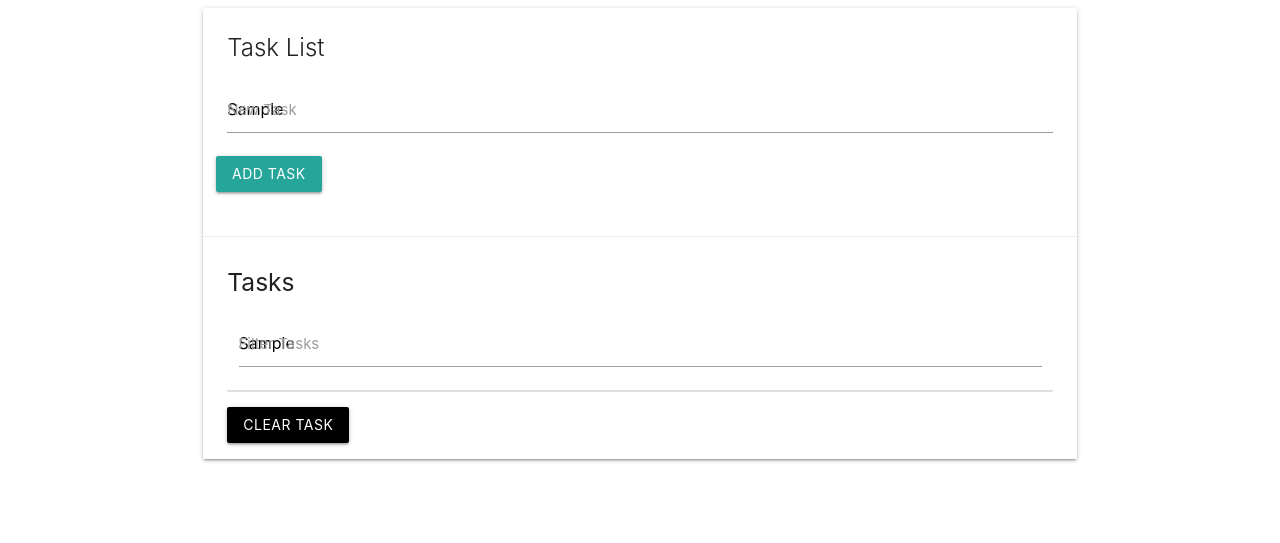
Repository: kartikkher/task-list
Page: index.html
The author's editor kept a copy of each file at every save. The page is drawn from the files as they stood at one save, then again after the next save.
The browser window is 1280 px wide. The pictures show the whole page.
Empty fields were first filled with sample values (such as "Sample", 5 or name@example.com).
After loading, the first visible `#task-form` was submitted once.

Above is the page before, as saved 2020-05-24 11:55:48.

### index.html
<!DOCTYPE html>
<html lang="en">
  <head>
    <meta charset="UTF-8" />
    <meta name="viewport" content="width=device-width, initial-scale=1.0" />
    <link
      rel="stylesheet"
      href="https://cdnjs.cloudflare.com/ajax/libs/materialize/1.0.0/css/materialize.min.css"
    />
    <link
      href="https://stackpath.bootstrapcdn.com/font-awesome/4.7.0/css/font-awesome.min.css"
      rel="stylesheet"
      integrity="sha384-wvfXpqpZZVQGK6TAh5PVlGOfQNHSoD2xbE+QkPxCAFlNEevoEH3Sl0sibVcOQVnN"
      crossorigin="anonymous"
    />
    <title>Task List</title>
  </head>
  <body>
    <div class="container">
      <div class="row">
        <div class="col s12">
          <div id="main" class="card">
            <div class="card-content">
              <span class="card-title">Task List</span>
              <div class="row">
                <form id="task-form">
                  <div class="input-field col s12">
                    <input type="text" name="task" id="task" />
                    <label for="task">New Task</label>
                  </div>
                  <input type="submit" value="Add Task" class="btn" />
                </form>
              </div>
            </div>
            <div class="card-action">
              <h5 id="task-title">Tasks</h5>
              <div class="input-field col s12">
                <input type="text" name="filter" id="filter" />
                <label for="filter">Filter Tasks</label>
              </div>
              <ul class="collection"></ul>
              <a href="#" class="clear-tasks btn black">Clear Task</a>
            </div>
          </div>
        </div>
      </div>
    </div>
    <script
      src="https://code.jquery.com/jquery-3.5.1.js"
      integrity="sha256-QWo7LDvxbWT2tbbQ97B53yJnYU3WhH/C8ycbRAkjPDc="
      crossorigin="anonymous"
    ></script>
    <script src="https://cdnjs.cloudflare.com/ajax/libs/materialize/1.0.0/js/materialize.min.js"></script>
    <script src="app.js"></script>
  </body>
</html>

### app.js
// Define UI Vars
const form = document.querySelector("#task-form");
const taskList = document.querySelector(".collection");
const clearBtn = document.querySelector(".clear-tasks");
const filter = document.querySelector("#filter");
const taskInput = document.querySelector("#task");

// Load all event listners
loadEventListners();

// load all event listners
function loadEventListners() {
  // add task event
  form.addEventListener("submit", addTask);
}

// Add task
function addTask(e) {
  if (taskInput.value === "") {
    alert("Add a task");
  }
  // Create li element
  const li = document.createElement("li");
  // add class
  li.className = "collection-item";
  // create textnode and append to li
  li.appendChild(document.createTextNode(taskInput.value));
  // create new link
  const link = document.createElement("a");
  // add class
  link.className = "delete-item secondary-content";
  // add icon html
  link.innerHTML = '<i class="fa fa-remove"></i>';
  // append link to li
  li.appendChild(link);
  // append li to ul
  console.log(li);

  e.preventDefault();
}

After the next save:
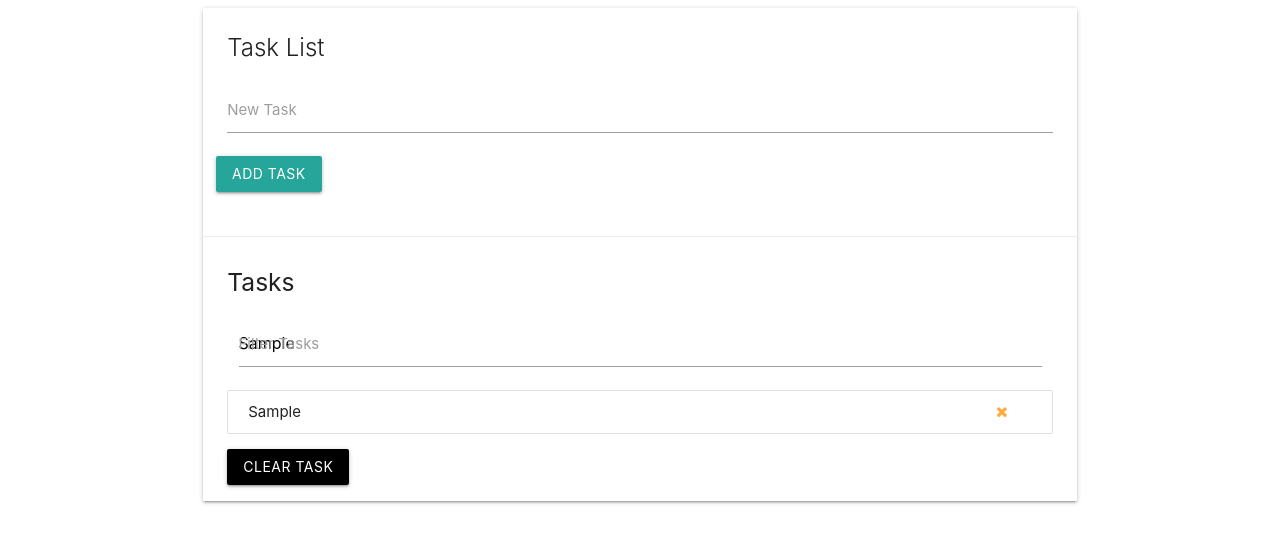
Saved 103 s later.
--- a/app.js
+++ b/app.js
@@ -34,7 +34,10 @@ function addTask(e) {
   // append link to li
   li.appendChild(link);
   // append li to ul
-  console.log(li);
+  taskList.appendChild(li);
+
+  // clr input
+  taskInput.value = "";
 
   e.preventDefault();
 }
